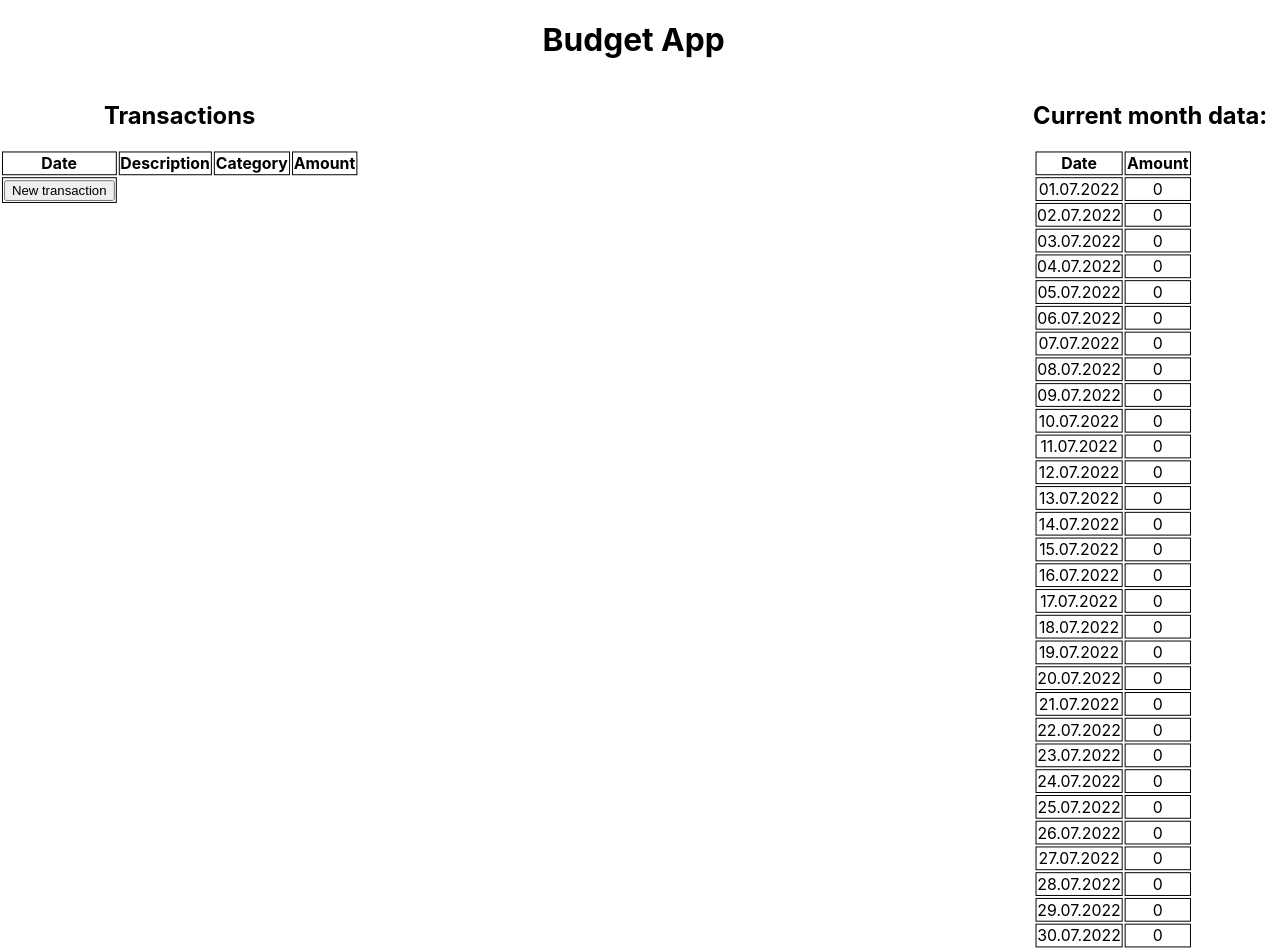
Repository: matveisch/budget-app
Page: /
These files come from the project's save history. The page is drawn as it stood at one moment and after the next save; the edit follows.
The browser window is 1280 px wide. The pictures show the whole page, at 99% of full size.
The project was rebuilt for these pictures with package versions that can differ from the ones it lists, and the page was loaded fresh each time. Also part of the build but not shown: src/components/SingleTransaction/SingleTransaction.tsx.

Above is the page before, as saved 2022-07-21 15:44:05.

After the next save:
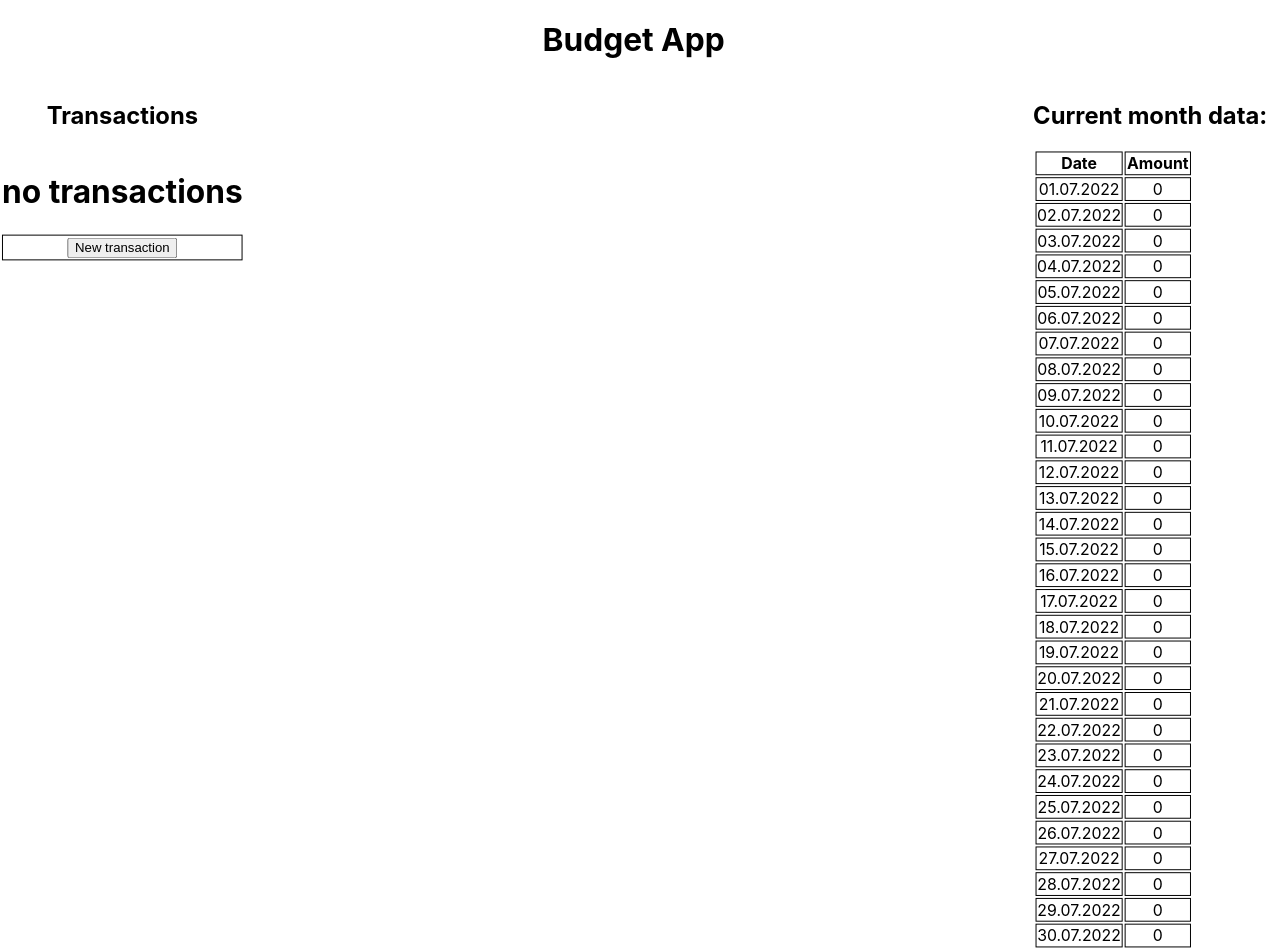
Saved 74 s later.
--- a/src/components/TransactionsList/TransactionsList.tsx
+++ b/src/components/TransactionsList/TransactionsList.tsx
@@ -14,12 +14,14 @@
     return (
         <table id="transactions-list">
             <thead>
-                <tr>
-                    <th>Date</th>
-                    <th>Description</th>
-                    <th>Category</th>
-                    <th>Amount</th>
-                </tr>
+                {props.transactions.length > 0 ? <h1>no transactions</h1> :
+                    <tr>
+                        <th>Date</th>
+                        <th>Description</th>
+                        <th>Category</th>
+                        <th>Amount</th>
+                    </tr>
+                }
             </thead>
             <tbody>
                 {props.transactions.filter(transaction => new Date(transaction.date).getMonth() === new Date().getMonth()).map((item: Transaction, index: number) => {

After the save that followed:
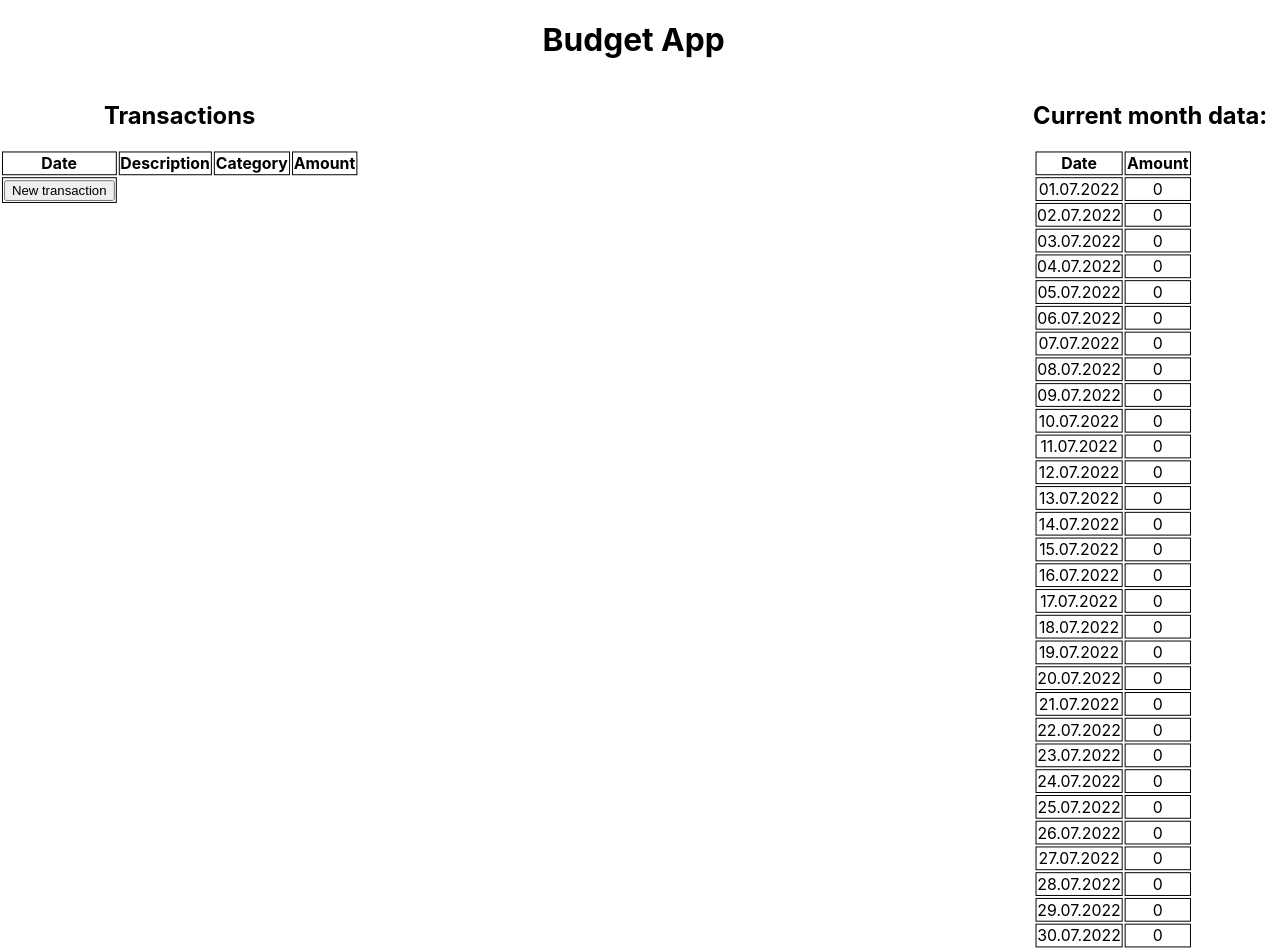
Saved 27 s later.
--- a/src/components/TransactionsList/TransactionsList.tsx
+++ b/src/components/TransactionsList/TransactionsList.tsx
@@ -14,7 +14,7 @@
     return (
         <table id="transactions-list">
             <thead>
-                {props.transactions.length > 0 ? <h1>no transactions</h1> :
+                {props.transactions.length < 0 ? <h1>no transactions</h1> :
                     <tr>
                         <th>Date</th>
                         <th>Description</th>
